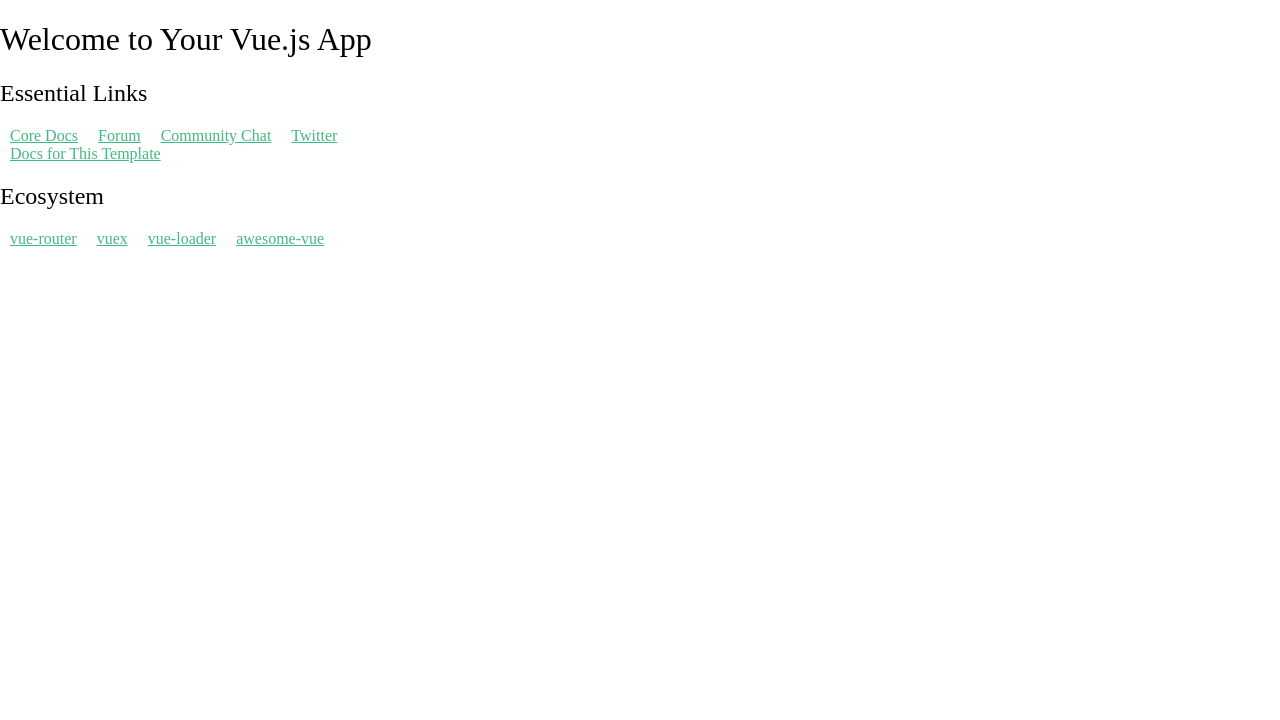
Repository: qianxuebing/admin
Page: /HelloWorld
The author's editor kept a copy of each file at every save. The page is drawn from the files as they stood at one save, then again after a run of saves.
The browser window is 1280 px wide. The pictures show the whole page.
The project was rebuilt for these pictures with package versions that can differ from the ones it lists, and the page was loaded fresh each time. Imported but missing from the stored project, and not drawn on this page: src/views/home/Home.

Above is the page before, as saved 2019-12-09 15:13:35.

After the next 2 saves:
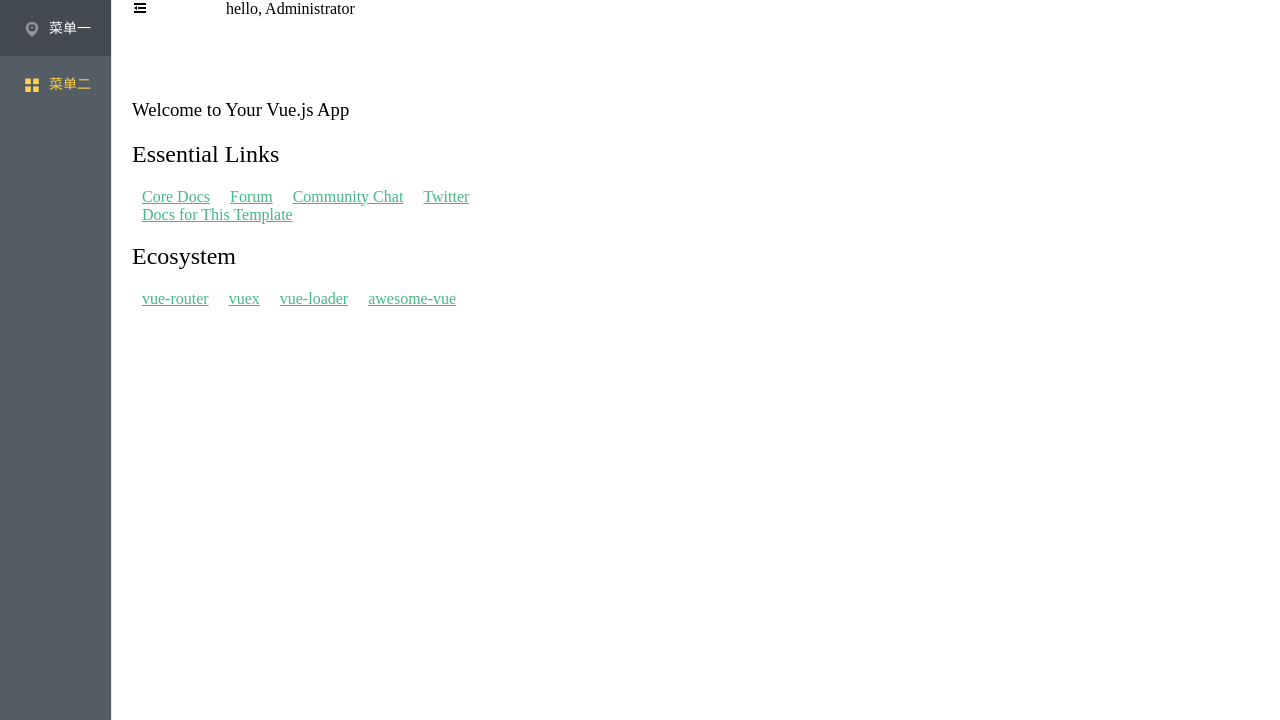
The 2 saves are shown as one change because they came seconds apart.
The last was saved 88 s later.
--- a/src/router/index.js
+++ b/src/router/index.js
@@ -12,17 +12,19 @@
     {
       path: '/',
       name: 'Layout',
-      component: Layout
+      component: Layout,
+      children: [
+        {
+          path: '/',
+          name: 'Home',
+          component: Home
+        },
+        {
+          path: '/HelloWorld',
+          name: 'HelloWorld',
+          component: HelloWorld
+        }
+      ]
     },
-    {
-      path: '/Home',
-      name: 'Home',
-      component: Home
-    },
-    {
-      path: '/HelloWorld',
-      name: 'HelloWorld',
-      component: HelloWorld
-    }
   ]
 })
